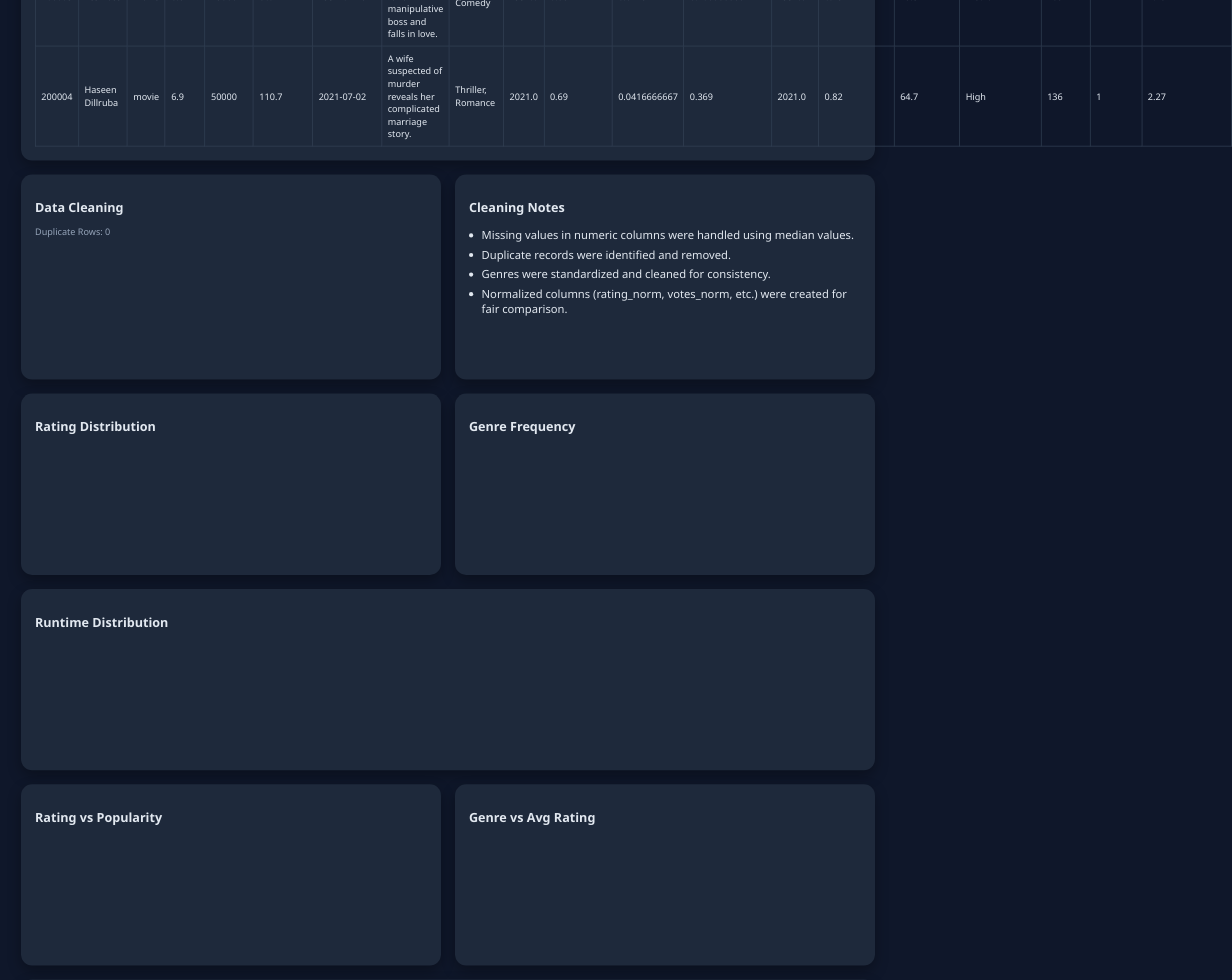
Repository: sanyogita-c05/binge-worthiness-website
Page: http://localhost/analysis
These files come from the project's save history. The page is drawn as it stood at one moment and after the next save; the edit follows.
The browser window is 1280 px wide. The page is 1760 px wide, so the pictures cover 1760 px, including what lies to the right of the window. The pictures show the part of the page from y = 885 to 2285 px (the page is 3564 px tall before and 4272 px after), at 70% of full size.
The page is served by the project's application, run on Flask 3 (backend/app.py).

Above is the page before, as saved 2026-05-03 17:26:13.
Console error: SyntaxError: Unexpected token ':'

### backend/templates/analysis.html
<!DOCTYPE html>
<html>
<head>
    <title>EDA Dashboard</title>
    <script src="https://cdn.jsdelivr.net/npm/chart.js"></script>

    <style>
        body {
            background: #0f172a;
            color: #e2e8f0;
            font-family: 'Segoe UI', sans-serif;
            margin: 0;
            padding: 30px;
        }

        h1 {
            margin-bottom: 25px;
        }

        .grid {
            display: grid;
            grid-template-columns: repeat(2, 1fr);
            gap: 20px;
        }

        .card {
            background: #1e293b;
            padding: 20px;
            border-radius: 16px;
            box-shadow: 0 8px 20px rgba(0,0,0,0.3);
        }

        .full {
            grid-column: span 2;
        }

        h2 {
            margin-bottom: 10px;
            font-size: 18px;
        }

        p {
            font-size: 14px;
            color: #94a3b8;
        }

        table {
            width: 100%;
            border-collapse: collapse;
            margin-top: 10px;
            font-size: 13px;
        }

        th {
            background: #334155;
        }

        td, th {
            border: 1px solid #334155;
            padding: 8px;
            text-align: left;
        }

        canvas {
            margin-top: 15px;
            max-height: 300px;
        }

        .small {
            font-size: 13px;
            color: #94a3b8;
        }

        ul {
            padding-left: 18px;
        }

        li {
            margin-bottom: 6px;
        }
    </style>
</head>

<body>

<h1>📊 Exploratory Data Analysis Dashboard</h1>

<div class="grid">

    <!-- Dataset Overview -->
    <div class="card full">
        <h2>Dataset Overview</h2>
        <p>Total Rows: {{ total_rows }} | Columns: {{ total_cols }}</p>

        <p><b>Columns:</b> {{ columns }}</p>

        <h3>Sample Data</h3>
        <table>
            <tr>
                {% for col in columns %}
                <th>{{ col }}</th>
                {% endfor %}
            </tr>

            {% for row in sample_data %}
            <tr>
                {% for col in columns %}
                <td>{{ row[col] }}</td>
                {% endfor %}
            </tr>
            {% endfor %}
        </table>
    </div>

    <!-- Cleaning -->
    <div class="card">
        <h2>Data Cleaning</h2>
        <p class="small">Duplicate Rows: {{ duplicates }}</p>
        <canvas id="missingChart"></canvas>
    </div>

    <div class="card">
        <h2>Cleaning Notes</h2>
        <ul>
            {% for note in cleaning_notes %}
            <li>{{ note }}</li>
            {% endfor %}
        </ul>
    </div>

    <!-- Univariate -->
    <div class="card">
        <h2>Rating Distribution</h2>
        <canvas id="ratingChart"></canvas>
    </div>

    <div class="card">
        <h2>Genre Frequency</h2>
        <canvas id="genreChart"></canvas>
    </div>

    <div class="card full">
        <h2>Runtime Distribution</h2>
        <canvas id="runtimeChart"></canvas>
    </div>

    <!-- Bivariate -->
    <div class="card">
        <h2>Rating vs Popularity</h2>
        <canvas id="ratingPopChart"></canvas>
    </div>

    <div class="card">
        <h2>Genre vs Avg Rating</h2>
        <canvas id="genreRatingChart"></canvas>
    </div>

    <div class="card full">
        <h2>Runtime vs Binge Score</h2>
        <canvas id="runtimeBingeChart"></canvas>
    </div>

    <!-- Correlation -->
    <div class="card full">
        <h2>Correlation with Binge Score</h2>
        <canvas id="corrChart"></canvas>
    </div>

    <!-- Hypothesis Testing -->
    <div class="card full">
        <h2>Hypothesis Testing (ANOVA)</h2>

        <p><b>Question:</b> Do different genres have different binge scores?</p>

        <p><b>Null Hypothesis (H₀):</b> All genres have the same average binge score.</p>
        <p><b>Alternative Hypothesis (H₁):</b> At least one genre has a different binge score.</p>

        <hr>

        <p><b>F-Statistic:</b> {{ f_stat }}</p>
        <p><b>p-value:</b> {{ p_value }}</p>

        <p><b>Conclusion:</b></p>
        <p style="color:#22c55e;">{{ hypothesis_result }}</p>

        <p class="small">
            If p-value &lt; 0.05 → statistically significant difference exists.
        </p>
    </div>

    <!-- Insights -->
    <div class="card full">
        <h2>Key Insights</h2>
        <ul>
            {% for ins in insights %}
            <li>{{ ins }}</li>
            {% endfor %}
        </ul>
    </div>

</div>

<script>

const commonOptions = {
    responsive: true,
    plugins: {
        legend: { display: false }
    },
    scales: {
        x: { ticks: { color: "#cbd5f5" } },
        y: { ticks: { color: "#cbd5f5" } }
    }
};

// Missing Values
new Chart(document.getElementById('missingChart'), {
    type: 'bar',
    data: {
        labels: {{ missing_labels | tojson }},
        datasets: [{
            label: 'Missing Values',
            data: {{ missing_values | tojson }},
            backgroundColor: '#3b82f6'
        }]
    },
    options: commonOptions
});

// Rating Distribution (FIXED)
new Chart(document.getElementById('ratingChart'), {
    type: 'bar',
    data: {
        labels: {{ rating_bins | tojson }},
        datasets: [{
            label: 'Number of Movies',
            data: {{ rating_counts | tojson }},
            backgroundColor: '#22c55e'
        }]
    },
    options: commonOptions
});

// Genre
new Chart(document.getElementById('genreChart'), {
    type: 'bar',
    data: {
        labels: {{ genre_labels | tojson }},
        datasets: [{
            data: {{ genre_counts | tojson }},
            backgroundColor: '#f59e0b'
        }]
    },
    options: commonOptions
});

// Runtime
new Chart(document.getElementById('runtimeChart'), {
    type: 'line',
    data: {
        labels: {{ runtime_data | tojson }},
        datasets: [{
            data: {{ runtime_data | tojson }},
            borderColor: '#38bdf8'
        }]
    },
    options: commonOptions
});

// Scatter plots
new Chart(document.getElementById('ratingPopChart'), {
    type: 'scatter',
    data: {
        datasets: [{
            label: 'Rating vs Popularity',
            data: {{ rating_list | tojson }}.map((r,i)=>({
                x:r, y: {{ popularity_list | tojson }}[i]
            })),
            backgroundColor: '#a855f7'
        }]
    }
});

new Chart(document.getElementById('runtimeBingeChart'), {
    type: 'scatter',
    data: {
        datasets: [{
            label: 'Runtime vs Binge',
            data: {{ runtime_list | tojson }}.map((r,i)=>({
                x:r, y: {{ binge_list | tojson }}[i]
            })),
            backgroundColor: '#ef4444'
        }]
    }
});

// Genre Rating
new Chart(document.getElementById('genreRatingChart'), {
    type: 'bar',
    data: {
        labels: {{ genre_rating_labels | tojson }},
        datasets: [{
            data: {{ genre_rating_values | tojson }},
            backgroundColor: '#14b8a6'
        }]
    },
    options: commonOptions
});

// Correlation
new Chart(document.getElementById('corrChart'), {
    type: 'bar',
    data: {
        labels: {{ corr_labels | tojson }},
        datasets: [{
            label: 'Correlation',
            data: {{ corr_values | tojson }}[0],
            backgroundColor: '#6366f1'
        }]
    },
    options: commonOptions
});

scales: {
  x: { title: { display: true, text: "X Label" } },
  y: { title: { display: true, text: "Y Label" } }
}

</script>

</body>
</html>

### backend/mood_engine.py
import pandas as pd
import os
from sklearn.feature_extraction.text import TfidfVectorizer
from sklearn.metrics.pairwise import cosine_similarity

# Load dataset
data_path = os.path.join(os.path.dirname(__file__), "data", "binge_dataset_final.csv")
df = pd.read_csv(data_path)

# ---------------- PREPROCESS ---------------- #
df['overview'] = df['overview'].fillna('')
df['genres'] = df['genres'].fillna('')
df['content'] = df['genres'] + " " + df['overview']

# ---------------- TF-IDF ---------------- #
tfidf = TfidfVectorizer(stop_words='english')
tfidf_matrix = tfidf.fit_transform(df['content'])

# ---------------- MOOD MAPPING ---------------- #
mood_dict = {
    "sad": "emotional sad loss tragedy heartbreak crying depression",
    "happy": "fun joy happiness feel good comedy light family",
    "romantic": "love romance relationship emotional couple",
    "comedy": "funny humor light happy comedy laughter",
    "thriller": "suspense thriller mystery crime action intense",
    "dark": "crime violence revenge psychological thriller mystery",
    "mind-blowing": "twist psychological sci-fi mystery thriller",
    "motivational": "inspiring success struggle biography sports",
    "scary": "horror fear ghost supernatural thriller"
}

# ---------------- MAIN FUNCTION ---------------- #
def get_mood_recommendations(user_mood):
    mood = user_mood.lower().strip()

    # ❌ If mood not found
    if mood not in mood_dict:
        return []

    # Convert mood to vector
    mood_vector = tfidf.transform([mood_dict[mood]])

    # Compute similarity
    similarity_scores = cosine_similarity(mood_vector, tfidf_matrix).flatten()

    # ---------------- 🔥 THRESHOLD FILTER ---------------- #
    threshold = 0.1

    filtered_indices = [
        i for i, score in enumerate(similarity_scores)
        if score > threshold
    ]

    # Sort filtered movies by similarity
    top_indices = sorted(
        filtered_indices,
        key=lambda i: similarity_scores[i],
        reverse=True
    )[:20]

    # ---------------- RESULTS ---------------- #
    results = []

    for idx in top_indices:
        movie = df.iloc[idx]

        results.append({
            "title": movie['title'],
            "score": round(float(movie['binge_score']), 2),
            "overview": movie['overview'] if movie['overview'] else "No description available"
        })

    return results

### backend/model.py
import pandas as pd
from sklearn.model_selection import train_test_split
from sklearn.metrics import mean_absolute_error, mean_squared_error, r2_score
import numpy as np
from sklearn.linear_model import LinearRegression

# -------------------------
# Load dataset
# -------------------------
df = pd.read_csv("data/binge_dataset_updated.csv")

# -------------------------
# Feature Engineering
# -------------------------

# Total watch time (in hours)
df['total_watch_time'] = (df['runtime'] * df['episodes']) / 60

# Smart time transformation (VERY IMPORTANT FIX)
df['time_score'] = 1 / (1 + df['total_watch_time'])

# Optional but powerful feature
df['engagement'] = df['rating_norm'] * df['votes_norm']

# -------------------------
# Features & Target
# -------------------------
features = [
    'rating_norm',
    'votes_norm',
    'popularity_norm',
    'recency_norm',
    'time_score',
    'engagement'
]

target = 'binge_score'

X = df[features]
y = df[target]

# -------------------------
# Train Model
# -------------------------
# Split dataset into training and testing
X_train, X_test, y_train, y_test = train_test_split(
    X, y, test_size=0.2, random_state=42
)

# Train model
model = LinearRegression()
model.fit(X_train, y_train)

# Predict on test data
y_pred = model.predict(X_test)

# Calculate real metrics
mae = mean_absolute_error(y_test, y_pred)
rmse = np.sqrt(mean_squared_error(y_test, y_pred))
r2 = r2_score(y_test, y_pred)

# -------------------------
# Prediction Function
# -------------------------
def predict_binge_ml(movie_row):

    # Calculate watch time
    total_watch_time = (movie_row['runtime'] * movie_row['episodes']) / 60

    # Same transformation as training
    time_score = 1 / (1 + total_watch_time)

    # Engagement feature
    engagement = movie_row['rating_norm'] * movie_row['votes_norm']

    # Input for prediction
    input_data = [[
        movie_row['rating_norm'],
        movie_row['votes_norm'],
        movie_row['popularity_norm'],
        movie_row['recency_norm'],
        time_score,
        engagement
    ]]

    # Predict
    prediction = model.predict(input_data)[0]

    # Clamp score between 0–100
    prediction = max(0, min(100, prediction))

    return round(prediction, 2)

def get_model_metrics():
    return {
        "mae": round(mae, 2),
        "rmse": round(rmse, 2),
        "r2": round(r2, 2)
    }

Loaded but not shown: backend/data/binge_dataset_updated.csv (865 lines, source omitted); backend/data/binge_dataset_final.csv (865 lines, source omitted); backend/app.py (659 lines, source omitted)

After the next save:
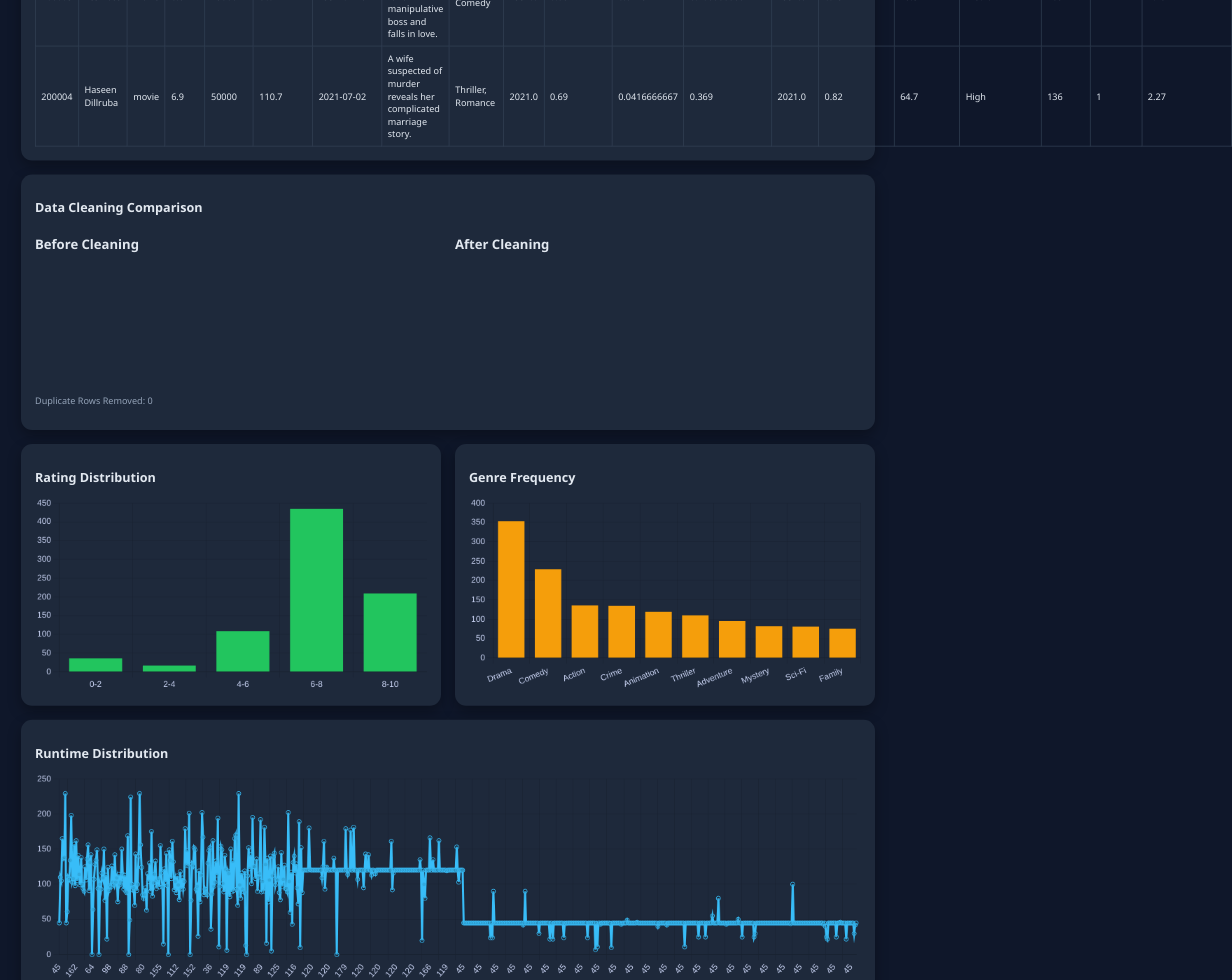
The error is gone.
Saved 4 min 31 s later.
--- a/backend/templates/analysis.html
+++ b/backend/templates/analysis.html
@@ -112,21 +112,30 @@
         </table>
     </div>
 
-    <!-- Cleaning -->
-    <div class="card">
-        <h2>Data Cleaning</h2>
-        <p class="small">Duplicate Rows: {{ duplicates }}</p>
-        <canvas id="missingChart"></canvas>
-    </div>
-
-    <div class="card">
-        <h2>Cleaning Notes</h2>
-        <ul>
-            {% for note in cleaning_notes %}
-            <li>{{ note }}</li>
-            {% endfor %}
-        </ul>
-    </div>
+
+<!-- Cleaning Section -->
+<div class="card full">
+    <h2>Data Cleaning Comparison</h2>
+
+    <div style="display:flex; gap:20px;">
+
+        <!-- BEFORE CLEANING -->
+        <div style="flex:1;">
+            <h3>Before Cleaning</h3>
+            <canvas id="missingBeforeChart"></canvas>
+        </div>
+
+        <!-- AFTER CLEANING -->
+        <div style="flex:1;">
+            <h3>After Cleaning</h3>
+            <canvas id="missingAfterChart"></canvas>
+        </div>
+
+    </div>
+
+    <p class="small">Duplicate Rows Removed: {{ duplicates }}</p>
+</div>
+
 
     <!-- Univariate -->
     <div class="card">
@@ -321,11 +330,6 @@ new Chart(document.getElementById('corrChart'), {
     options: commonOptions
 });
 
-scales: {
-  x: { title: { display: true, text: "X Label" } },
-  y: { title: { display: true, text: "Y Label" } }
-}
-
 </script>
 
 </body>
